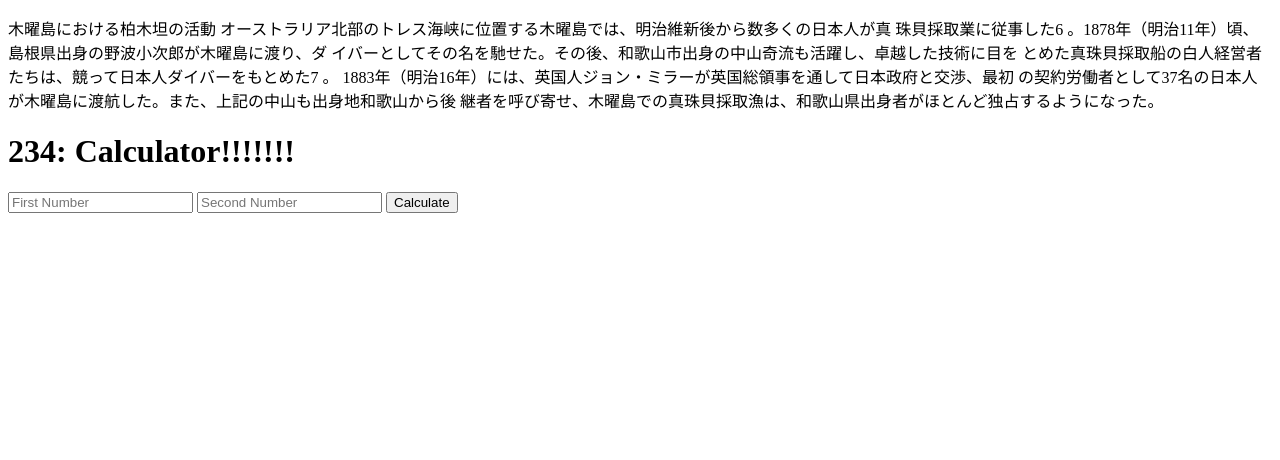
Repository: yoriss67/Folder-The-Complete-2023Web-Development-Bootcamp
Page: Calculator/index.html
These files come from the project's save history. The page is drawn as it stood at one moment and after the next save; the edit follows.
The browser window is 1280 px wide. The pictures show the whole page.

Above is the page before, as saved 2022-12-22 15:50:36.

After the next save:
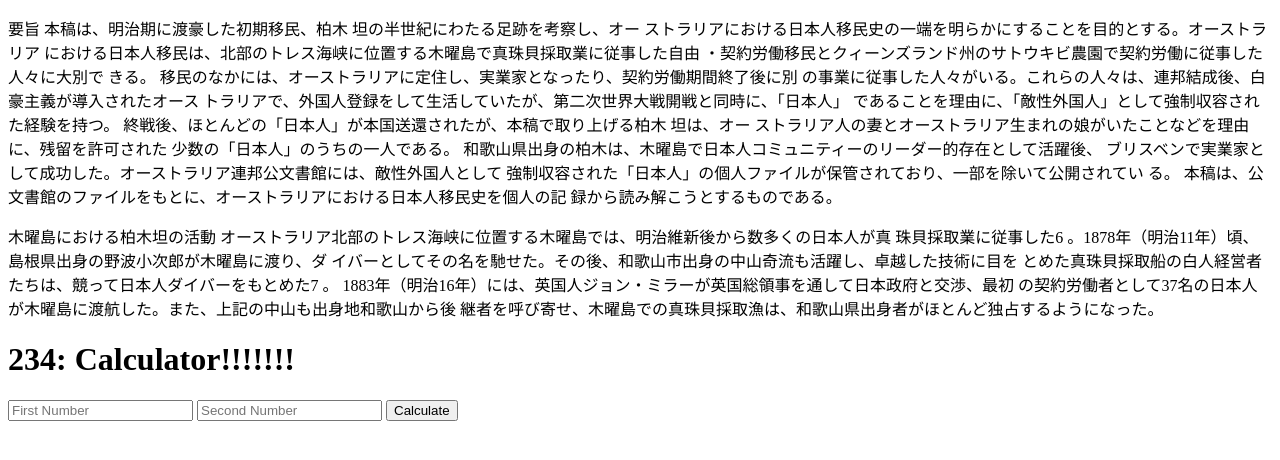
Saved 100 s later.
--- a/Calculator/index.html
+++ b/Calculator/index.html
@@ -7,6 +7,25 @@
     <title>Calculator</title>
 </head>
 <body>
+
+    <p>要旨 本稿は、明治期に渡豪した初期移民、柏木 坦の半世紀にわたる足跡を考察し、オー
+        ストラリアにおける日本人移民史の一端を明らかにすることを目的とする。オーストラリア
+        における日本人移民は、北部のトレス海峡に位置する木曜島で真珠貝採取業に従事した自由
+        ・契約労働移民とクィーンズランド州のサトウキビ農園で契約労働に従事した人々に大別で
+        きる。
+         移民のなかには、オーストラリアに定住し、実業家となったり、契約労働期間終了後に別
+        の事業に従事した人々がいる。これらの人々は、連邦結成後、白豪主義が導入されたオース
+        トラリアで、外国人登録をして生活していたが、第二次世界大戦開戦と同時に、「日本人」
+        であることを理由に、「敵性外国人」として強制収容された経験を持つ。
+         終戦後、ほとんどの「日本人」が本国送還されたが、本稿で取り上げる柏木 坦は、オー
+        ストラリア人の妻とオーストラリア生まれの娘がいたことなどを理由に、残留を許可された
+        少数の「日本人」のうちの一人である。
+         和歌山県出身の柏木は、木曜島で日本人コミュニティーのリーダー的存在として活躍後、
+        ブリスベンで実業家として成功した。オーストラリア連邦公文書館には、敵性外国人として
+        強制収容された「日本人」の個人ファイルが保管されており、一部を除いて公開されてい
+        る。
+         本稿は、公文書館のファイルをもとに、オーストラリアにおける日本人移民史を個人の記
+        録から読み解こうとするものである。 </p>
 
     <p>木曜島における柏木坦の活動
         オーストラリア北部のトレス海峡に位置する木曜島では、明治維新後から数多くの日本人が真
